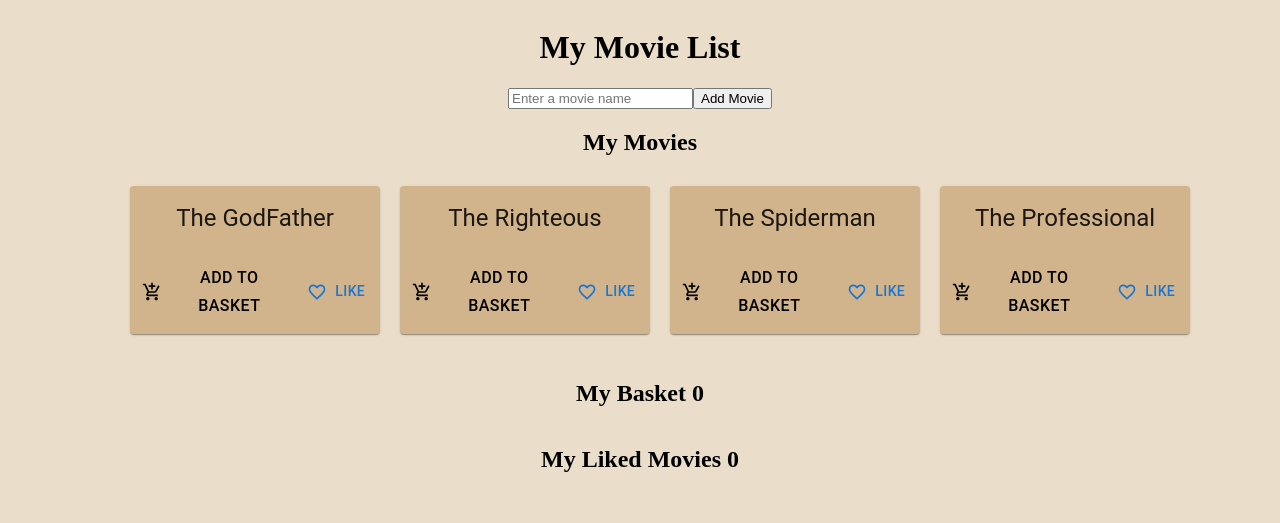
Repository: sinchana-p-iVoyant/redux-movie-store
Page: /
An editor plug-in stored every save of this project. The page is shown before and after the next save, followed by the edit.
The browser window is 1280 px wide. The pictures show the whole page.
The project was rebuilt for these pictures with package versions that can differ from the ones it lists, and the page was loaded fresh each time. Also part of the build but not shown: vite.config.ts.

Above is the page before, as saved 2024-02-15 12:34:46.

After the next save:
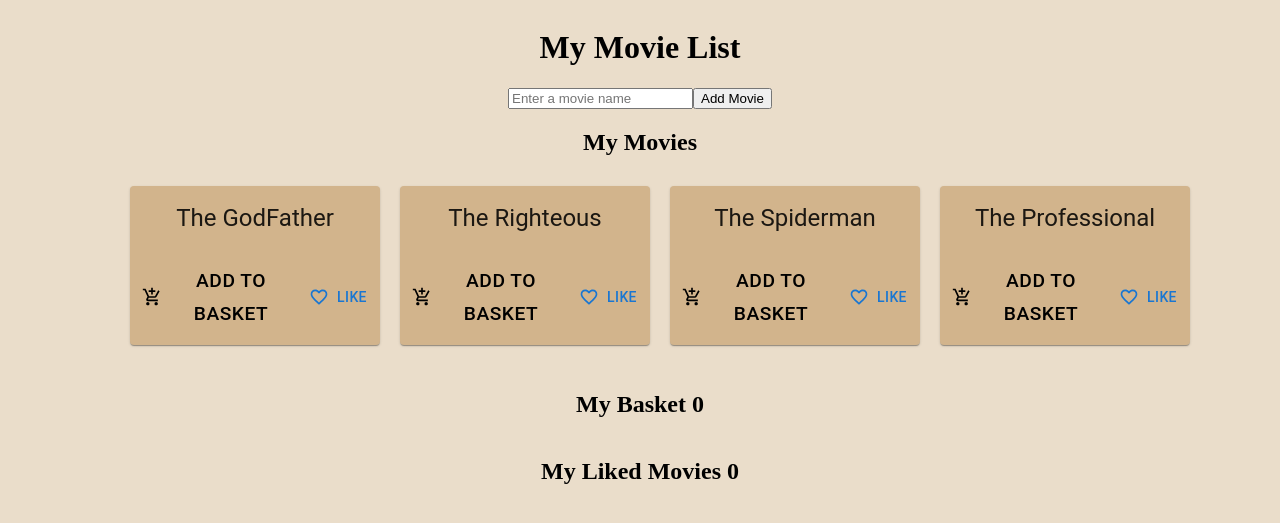
Saved 4 s later.
--- a/src/App.tsx
+++ b/src/App.tsx
@@ -81,7 +81,7 @@ const App = () => {
               </CardContent>
 
               <CardActions >
-                <Button style={{ color: 'black', fontSize: '1rem' }}
+                <Button style={{ color: 'black', fontSize: '1.2rem' }}
                   startIcon={movie.inBasket ? <RemoveShoppingCart /> : <AddShoppingCart />}
                   onClick={() => handleAddToBasket(movie.title)}>
                   {movie.inBasket ? "Remove From Basket" : "Add To Basket"}
